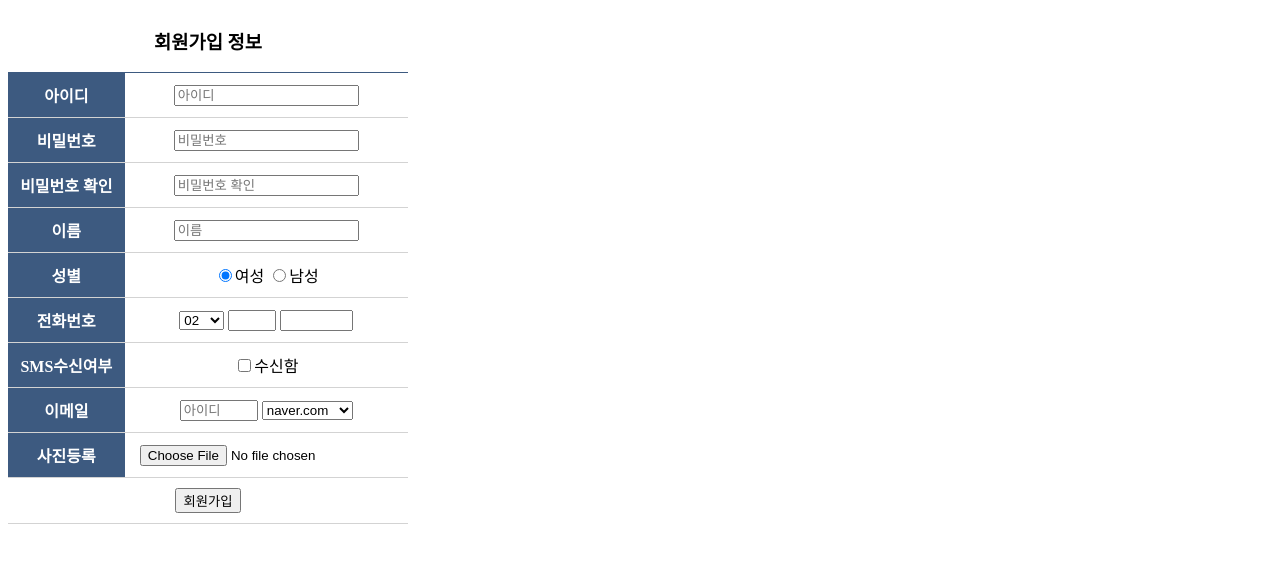
Repository: itkezi/HTML_2022_505
Page: Web/WebContent/HTML/0321_EX.html
The author's editor kept a copy of each file at every save. The page is drawn from the files as they stood at one save, then again after the next save.
The browser window is 1280 px wide. The pictures show the whole page.

Above is the page before, as saved 2022-03-22 06:59:43.

After the next save:
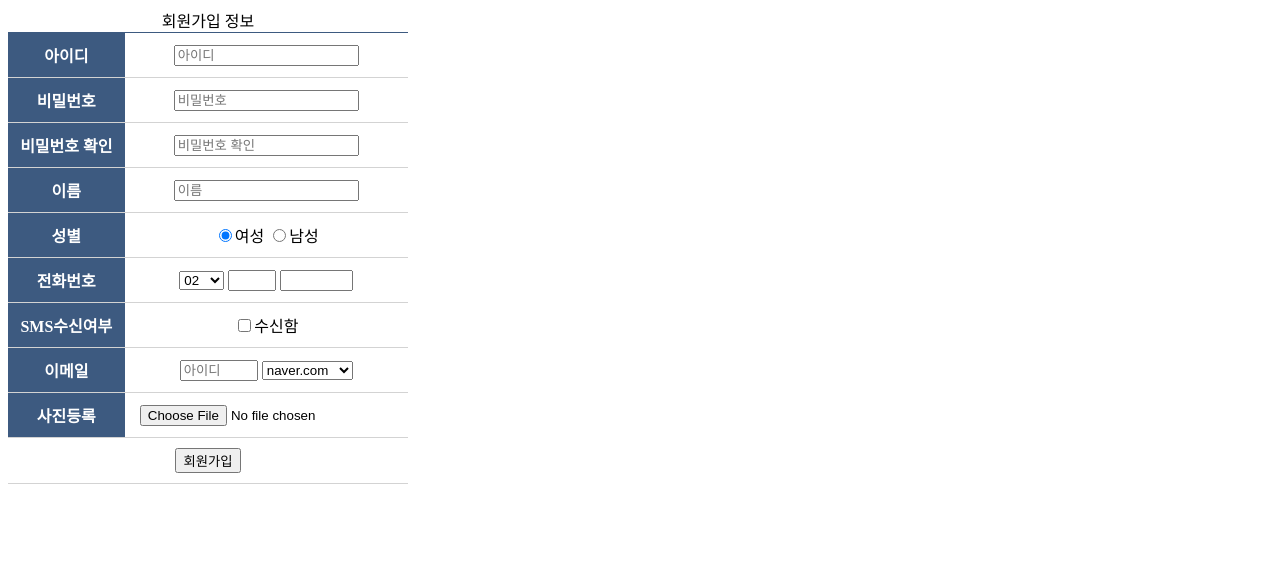
Saved 66 s later.
--- a/Web/WebContent/HTML/0321_EX.html
+++ b/Web/WebContent/HTML/0321_EX.html
@@ -16,7 +16,7 @@
 <body>
 <form action='' method='get'autocomplete='off' enctype='multipart/from-data'>
 <table>
-<caption><h3>회원가입 정보</h3></caption>
+<caption>회원가입 정보</caption>
 	<tr>
 		<th>아이디</th>
 		<td><input type='text' name='name' placeholder='아이디' required></td>

After the save that followed:
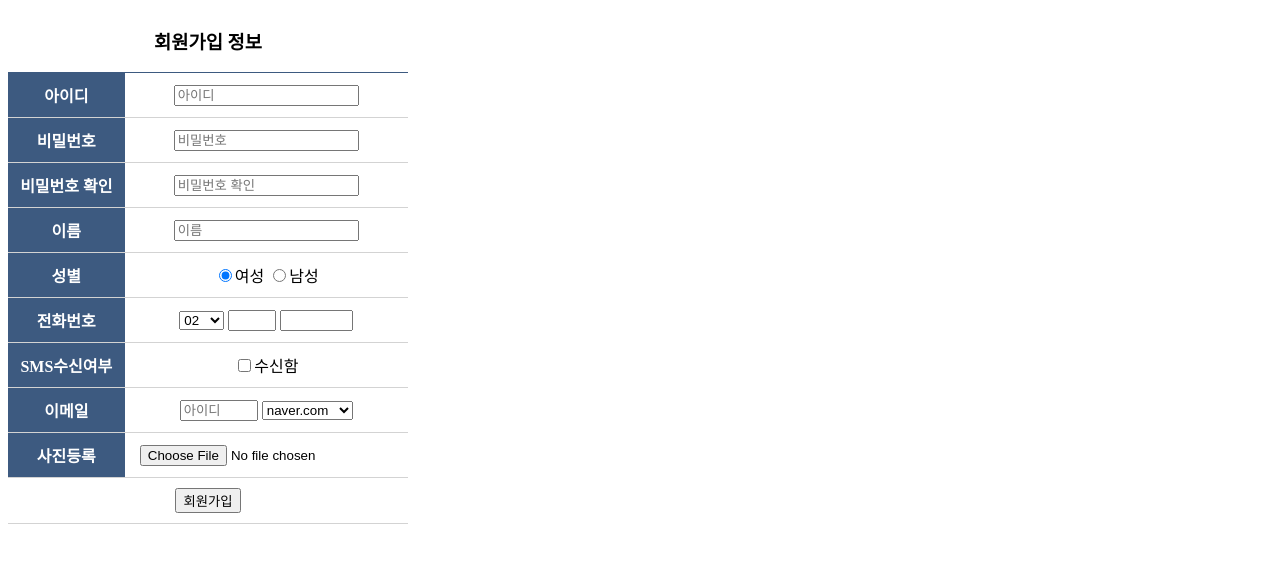
Saved 33 s later.
--- a/Web/WebContent/HTML/0321_EX.html
+++ b/Web/WebContent/HTML/0321_EX.html
@@ -16,7 +16,7 @@
 <body>
 <form action='' method='get'autocomplete='off' enctype='multipart/from-data'>
 <table>
-<caption>회원가입 정보</caption>
+<caption><h3>회원가입 정보</h3></caption>
 	<tr>
 		<th>아이디</th>
 		<td><input type='text' name='name' placeholder='아이디' required></td>
